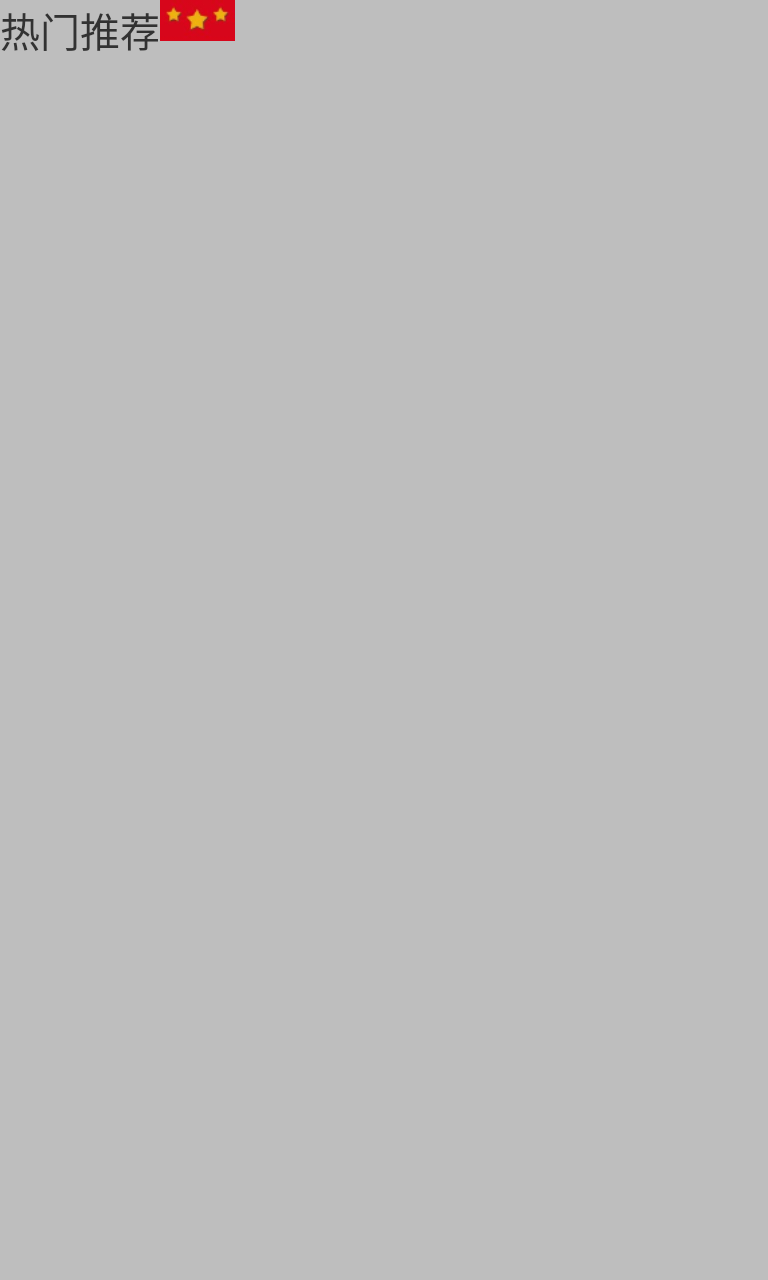
Repository: hhxiaojQCS/QCS_ListView
Layout: QCS/res/layout/activity_toprecommended.xml
These files come from the project's save history. The layout is drawn as it stood at one moment and after the next save; the edit follows.
It is drawn on a 768 x 1280 px phone screen (xhdpi) without system bars, with theme AppTheme; the app's code is not run. Lists and similar views that code fills are empty.

Above is the layout before, as saved 2013-08-07 06:39:36.

After the next save:
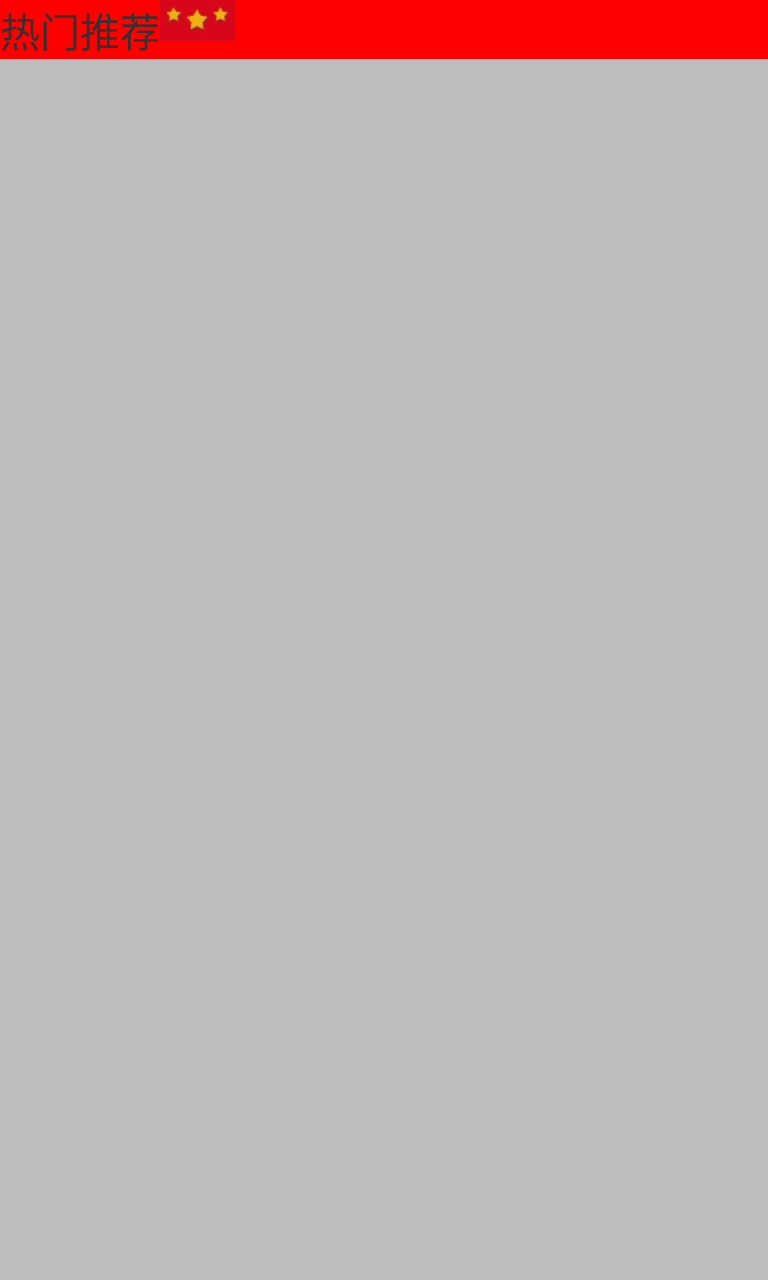
Saved 28 s later.
--- a/QCS/res/layout/activity_toprecommended.xml
+++ b/QCS/res/layout/activity_toprecommended.xml
@@ -9,7 +9,7 @@
     <LinearLayout
         android:layout_width="fill_parent"
         android:layout_height="wrap_content"
-
+        android:background="#FF0000"
         android:gravity="left"
         android:orientation="horizontal" >
 
